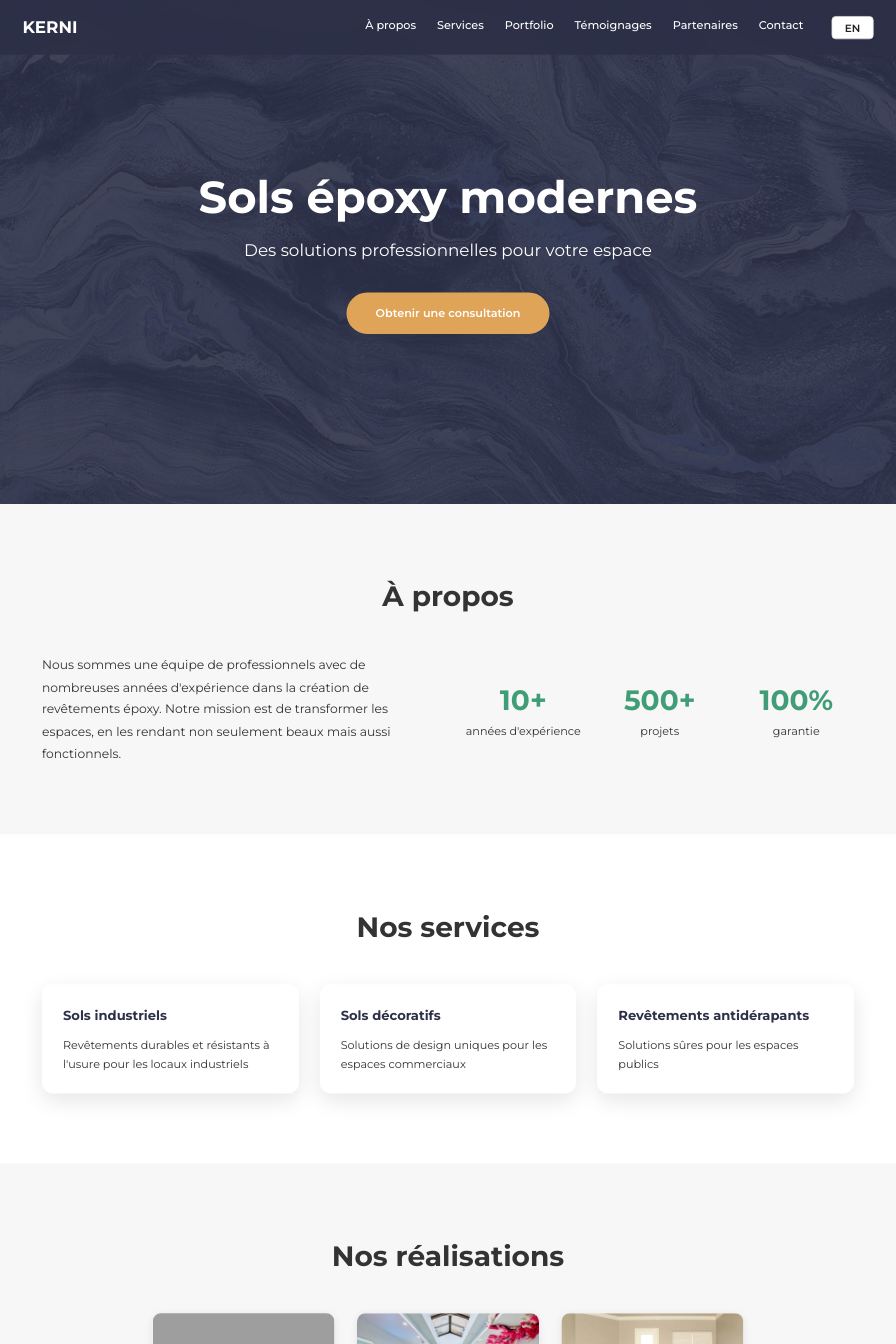
Repository: kerni-ca/kerni-ca
Page: index.html
An editor plug-in stored every save of this project. The page is shown before and after the next save, followed by the edit.
The browser window is 1280 px wide. The pictures show the part of the page from y = 0 to 1920 px (the page is 4161 px tall), at 70% of full size.
Pictures or frames that could not be fetched are drawn as grey boxes. Backgrounds fixed to the window are drawn as part of the page.

Above is the page before, as saved 2025-07-04 15:31:59.

After the next save:
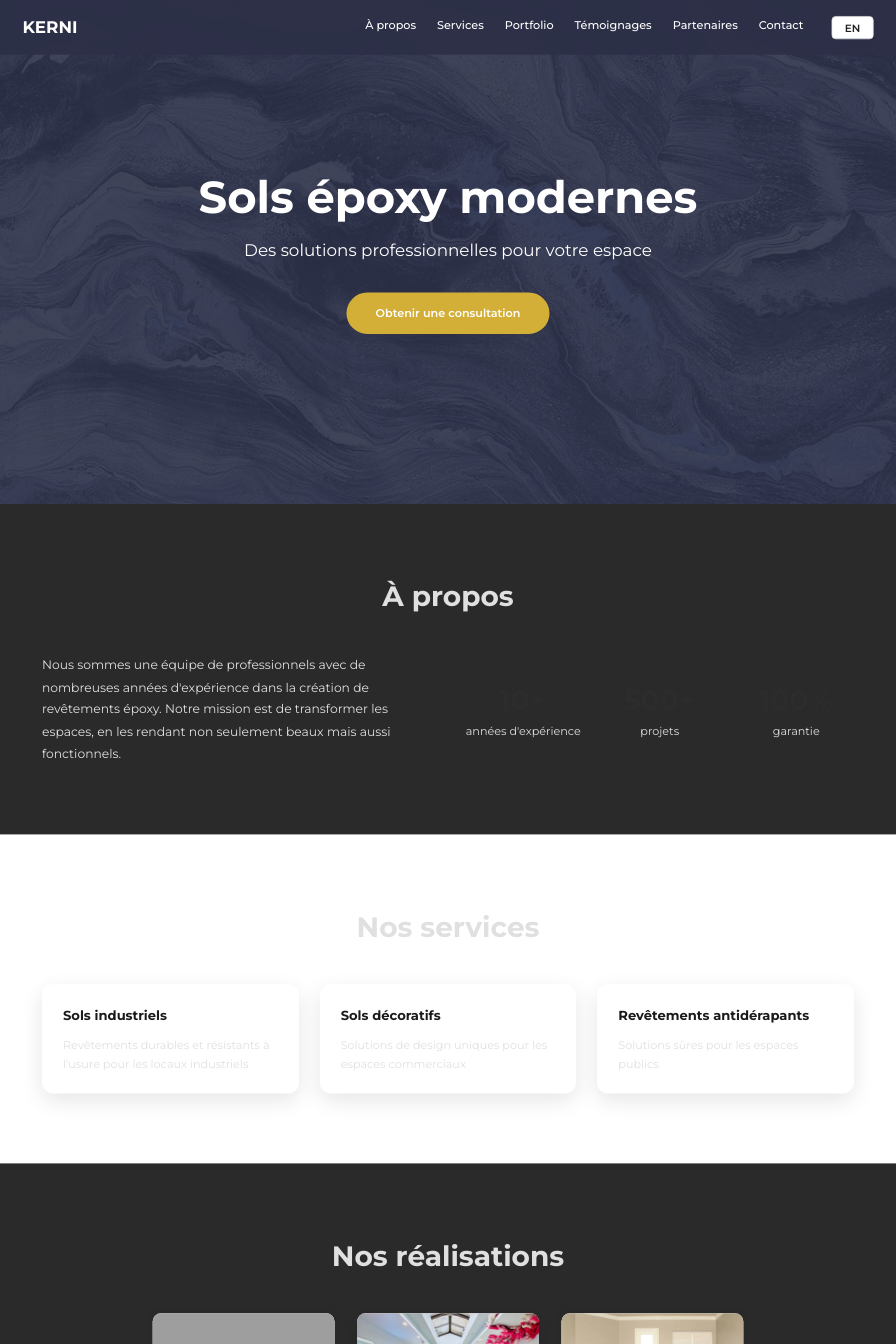
Saved 2 min 7 s later.
--- a/styles.css
+++ b/styles.css
@@ -3,12 +3,17 @@ html {
 }
 
 :root {
-    --primary-color: #2D3047;
-    --secondary-color: #419D78;
-    --accent-color: #E0A458;
-    --text-color: #333;
-    --light-bg: #F7F7F7;
+    --primary-color: #1a1a1a;
+    --secondary-color: #2c2c2c;
+    --accent-color: #d4af37;
+    --text-color: #e0e0e0;
+    --text-dark: #1a1a1a;
+    --light-bg: #2a2a2a;
     --white: #FFFFFF;
+    --dark-bg: #0f0f0f;
+    --card-bg: #1e1e1e;
+    --border-color: #333;
+    --shadow: 0 8px 32px rgba(0, 0, 0, 0.3);
     --transition: all 0.3s ease;
 }
 
